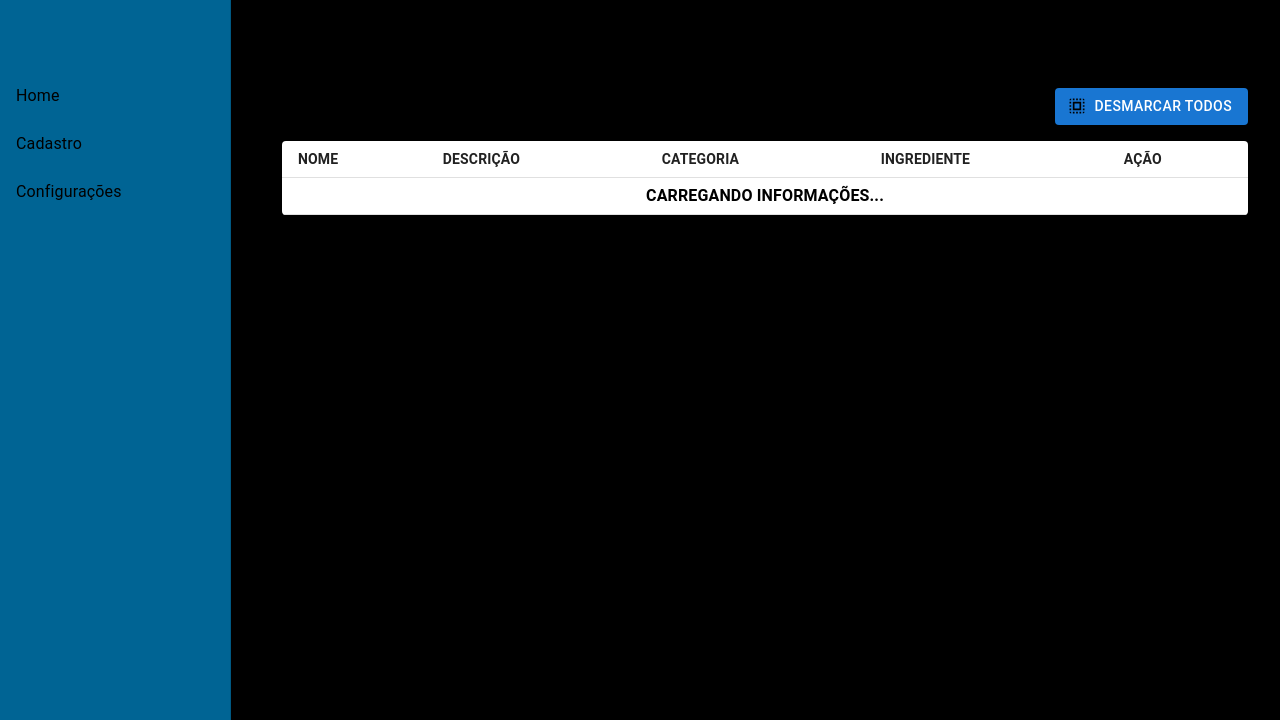
Repository: oZanella/projeto_windel_web_CRM
Page: /
These files come from the project's save history. The page is drawn as it stood at one moment and after the next save; the edit follows.
The browser window is 1280 px wide. The pictures show the whole page.
The page's requests for data from a server got no answer. The project was rebuilt for these pictures with package versions that can differ from the ones it lists, and the page was loaded fresh each time. No one was signed in, and anything a server would have sent is missing. Also part of the build but not shown: vite.config.js, src/routes/Configuracoes.jsx. Imported but missing from the stored project, and not drawn on this page: src/routes/Cadastro.jsx.

Above is the page before, as saved 2024-08-19 08:50:36.

### index.html
<!doctype html>
<html lang="en">

<head>
  <meta charset="UTF-8" />
  <link rel="icon" type="image/svg+xml" href="./src/image/LogoWindel.svg" />
  <link rel="stylesheet" href="src/style/GlobalStyles.css" />
  <link href="https://fonts.googleapis.com/css2?family=Playfair+Display&display=swap" rel="stylesheet">

  <meta name="viewport" content="width=device-width, initial-scale=1.0" />
  <title>Projeto Teste - CRM </title>
</head>

<body>
  <div id="root"></div>
  <script type="module" src="/src/main.jsx"></script>
</body>

</html>

### src/style/GlobalStyles.css
:root {
  --click: #7fa8c4;
  --primary: #E8F1F2;
  --darkblue: #13293D;
  --secondary: #000000;
  --ligthblue: #1b98e0;
  --animation: #006494;
  --ligthkgrey: #D3D3D3;
  --blueceledron: #247ba0;
  --delete: #FF0000;
}

* {
    color: var(--secondary);
}

body {
  background-color: var(--secondary);
}

### src/main.jsx
import { createBrowserRouter, RouterProvider, Navigate } from "react-router-dom"
import { createRoot } from 'react-dom/client'
import { StrictMode } from 'react'
import { App } from './App.jsx'

import './style/GlobalStyles.css'

//páginas do projeto
import { Cadastro } from './routes/Cadastro.jsx'
import { Home } from './routes/Home.jsx'
import { Configuracoes } from './routes/configuracoes.jsx'

const router = createBrowserRouter([
  {
    element: <App />,
    children: [
      {
        path: '/',
        element: <Navigate to="/home" replace />,
      },
      {
        path: '/home',
        element: <Home />,
      },
      {
        path: '/cadastro',
        element: <Cadastro />,
      },
      {
        path: '/configuracoes',
        element: <Configuracoes />,
      },
    ],
  },
])

createRoot(document.getElementById('root')).render(
  <StrictMode>
    <RouterProvider router={router} />
  </StrictMode>,
)

### src/App.jsx
import { Header } from './components/Header'
import { Outlet } from 'react-router-dom'
import { Box } from '@mui/material'
import './style/GlobalStyles.css'

export function App() {
  return (
    <Box sx={{ p: { xs: 2, sm: 3 }, marginTop: { xs: 8, sm: 8 } }}>
      <Header />
      <Box>
        <Outlet />
      </Box>
    </Box>
  );
}

### src/routes/Home.jsx
import React, { useEffect, useState } from 'react';
import { Box, TextField, Button, Dialog, DialogActions, DialogContent, DialogTitle, Select, MenuItem, FormControl, InputLabel } from '@mui/material';

import { handleShowDetails, handleEdit, handleSave, handleInputChange } from '../components/Handle';
import { CardDados } from '../components/TableHome';

import { blogFetch } from '../axios/config';


export const Home = () => {
  const [posts, setPosts] = useState([]);
  const [selectInfo, setSelectInfo] = useState(null);
  const [modeEdit, setModeEdit] = useState(null);
  const [dataEdit, setDataEdit] = useState({});
  const [openAddDialog, setOpenAddDialog] = useState(false);
  const [newPost, setNewPost] = useState({ name: '', description: '', category: '' });

  const getPosts = async () => {
    try {
      const response = await blogFetch.get("/recipe");
      const uniqueData = response.data.filter((value, index, self) =>
        index === self.findIndex((t) => t.id === value.id)
      );
      setPosts(uniqueData); // Garante que não tenha dados duplicados
    } catch (error) {
      console.log(error);
    }
  };

  useEffect(() => {
    getPosts();
  }, []);

  const handleDelete = async (postId) => {
    try {
      await blogFetch.delete(`/recipe/${postId}`);
      setPosts(posts.filter(post => post.id !== postId));
      console.log('Post deletado com sucesso');
    } catch (error) {
      console.error('Erro ao deletar o post', error);
    }
  };

  const handleAddOpen = () => setOpenAddDialog(true);
  const handleAddClose = () => setOpenAddDialog(false);

  {/* API para envio do novo registro*/ }
  const handleAdd = async () => {
    try {
      const newPostFormatted = {
        name: newPost.name,
        description: newPost.description,
        ingredients: [],
        category: newPost.category,
        isFavorite: newPost.isFavorite
      };

      const response = await blogFetch.post("/recipe", newPostFormatted);
      setPosts([...posts, response.data]);
      setNewPost({ name: '', description: '', category: '', isFavorite: false });
      handleAddClose();
      console.log('Post adicionado com sucesso');
    } catch (error) {
      console.error('Erro ao adicionar o post', error);
    }
  };

  return (
    <Box>
      {/* Dados para Adicionar Novo Registro */}
      <Dialog open={openAddDialog} onClose={handleAddClose}>
        <DialogTitle>Adicionar Novo Registro</DialogTitle>
        <DialogContent>
          <TextField
            name="name"
            label="Nome"
            value={newPost.name}
            onChange={(e) => setNewPost({ ...newPost, name: e.target.value })}
            fullWidth
            sx={{ marginBottom: 2 }}
          />
          <TextField
            name="description"
            label="Descrição"
            value={newPost.description}
            onChange={(e) => setNewPost({ ...newPost, description: e.target.value })}
            fullWidth
            sx={{ marginBottom: 2 }}
          />
          <TextField
            name="category"
            label="Categoria"
            value={newPost.category}
            onChange={(e) => setNewPost({ ...newPost, category: e.target.value })}
            fullWidth
            sx={{ marginBottom: 2 }}
          />
          <FormControl fullWidth sx={{ marginBottom: 2 }}>
            <InputLabel>Favorito</InputLabel>
            <Select
              name="isFavorite"
              value={newPost.isFavorite}
              onChange={(e) => setNewPost({ ...newPost, isFavorite: e.target.value })}
              label="Favorito"
            >
              <MenuItem value={true}>Sim</MenuItem>
              <MenuItem value={false}>Não</MenuItem>

            </Select>
          </FormControl>
        </DialogContent>
        <DialogActions>
          <Button onClick={handleAddClose}>Cancelar</Button>
          <Button onClick={handleAdd}>Adicionar</Button>
        </DialogActions>
      </Dialog>

      <CardDados
        posts={posts}
        handleDelete={handleDelete}
        handleEdit={handleEdit}
        handleSave={handleSave}
        modeEdit={modeEdit}
        setModeEdit={setModeEdit}
        dataEdit={dataEdit}
        setDataEdit={setDataEdit}
        handleInputChange={handleInputChange}
        selectInfo={selectInfo}
        setSelectInfo={setSelectInfo}
        handleShowDetails={handleShowDetails}
      />
    </Box>
  );
};

### src/components/Header.jsx
import { AppBar, Toolbar, Typography, Box, Button, IconButton, Drawer, List, ListItem, ListItemText } from '@mui/material';
import MenuIcon from '@mui/icons-material/Menu';
import Logo from '../image/LogoWindel.svg';
import { Link } from 'react-router-dom';
import React, { useState } from 'react';

export const Header = () => {
  const [isDrawerOpen, setIsDrawerOpen] = useState(false);

  const toggleDrawer = (open) => () => {
    setIsDrawerOpen(open);
  };

  const menuItems = [
    { text: 'Home', link: '/home' },
    { text: 'Cadastro', link: '/cadastro' },
    { text: 'Configurações', link: '/configuracoes' },
  ];

  return (
    <>

      <AppBar
        position="fixed"
        sx={{
          display: { xs: 'flex', sm: 'none' },
          width: '100%',
          boxShadow: '0px 0.01px 11px var(--secondary)',
          top: 0,
          left: 0,
          backgroundColor: 'var(--darkblue)',
        }}
      >
        <Toolbar
          sx={{
            display: 'flex',
            justifyContent: 'space-between',
          }}
        >
          <IconButton
            edge="start"
            color="inherit"
            aria-label="menu"
            onClick={toggleDrawer(true)}
          >
            <MenuIcon />

          </IconButton>
          <Typography variant="h6" sx={{ flexGrow: 1 }}>
            Cooking Cake
          </Typography>

          <IconButton
            to={`/home`}
            sx={{
              cursor: 'default',
            }}
            component={Link}
            aria-label="logo"
          >
            <img src={Logo} alt="Logo" style={{ width: '50px', height: '40px' }} />
          </IconButton>
        </Toolbar>
      </AppBar>


      <Drawer
        anchor="left"
        open={isDrawerOpen}
        onClose={toggleDrawer(false)}
        sx={{
          display: { xs: 'block', sm: 'none' },
          '& .MuiDrawer-paper': {
            width: 240,
            backgroundColor: 'var(--darkblue)',
          },
        }}
      >
        <List>
          {menuItems.map((item) => (
            <ListItem key={item.text} component={Link} to={item.link} onClick={toggleDrawer(false)}>
              <ListItemText primary={item.text} />
            </ListItem>
          ))}
        </List>
      </Drawer>


      <Drawer
        variant="permanent"
        sx={{
          display: { xs: 'none', sm: 'block' },
          '& .MuiDrawer-paper': {
            width: 230,
            backgroundColor: 'var(--animation)',
          },
        }}
        open
      >
        <Toolbar />
        <Box sx={{ overflow: 'auto' }}>
          <List>
            {menuItems.map((item) => (
              <ListItem key={item.text} component={Link} to={item.link}>
                <ListItemText primary={item.text} />
              </ListItem>
            ))}
          </List>
        </Box>
      </Drawer>

      {/* Area do main */}
      <Box
        component="main"
        sx={{        }}
      >

      </Box>
    </>
  );
};

### src/components/Handle.jsx

import { blogFetch } from '../axios/config';


export const handleShowDetails = (post, setSelectInfo, selectInfo) => {
  if (selectInfo?.id === post.id) {
    setSelectInfo(null); // Fecha se já estiver aberto
  } else {
    setSelectInfo(post); // Abre o post atual
  }
};

export const handleEdit = (post, setModeEdit, setDataEdit) => {
  setModeEdit(post.id);
  setDataEdit(post);
};

//continua com erro, verificar!!
export const handleSave = async (postId, updateData) => {
  try {
    // Envie uma requisição PUT ou POST para salvar os dados atualizados
    const response = await blogFetch.put(`/blogFetch/posts/${postId}`, updateData);
    console.log('Dados salvos com sucesso', response.data);

  } catch (error) {
    console.error('Erro de API', error);
  }
};

export const handleInputChange = (e, setDataEdit) => {
  setDataEdit(prevDataEdit => ({ ...prevDataEdit, [e.target.name]: e.target.value }));
};

### src/components/TableHome.jsx
import React, { useState, useEffect } from 'react';
import {
  Table, TableBody, TableCell, TableContainer, TableHead, TableRow, Typography, Box, Button, IconButton, TextField, Dialog, DialogContent, DialogActions, FormControlLabel, Switch, Chip, Paper, Checkbox
} from '@mui/material';
import EditIcon from '@mui/icons-material/Edit';
import SaveIcon from '@mui/icons-material/Save';
import AddIcon from '@mui/icons-material/Add';
import CloseIcon from '@mui/icons-material/Close';
import DeleteIcon from '@mui/icons-material/Delete';
import SelectAllIcon from '@mui/icons-material/SelectAll';
import axios from 'axios';

const API_BASE_URL = 'https://teste-tecnico-front-api.up.railway.app';

export const CardDados = ({
  posts, setPosts, handleDelete
}) => {
  const [openModal, setOpenModal] = useState(false);
  const [currentPost, setCurrentPost] = useState(null);
  const [dataEdit, setDataEdit] = useState({});
  const [newIngredient, setNewIngredient] = useState('');
  const [selectedPosts, setSelectedPosts] = useState([]);

  useEffect(() => {
    if (currentPost) {
      setDataEdit({ ...currentPost });
    }
  }, [currentPost]);

  const handleEditOpen = (post) => {
    setCurrentPost(post);
    setOpenModal(true);
  };

  const handleEditClose = () => {
    setOpenModal(false);
    setCurrentPost(null);
    setNewIngredient('');
  };

  const handleSaveModal = async () => {
    if (currentPost) {
      try {
        await axios.put(`${API_BASE_URL}/posts/${currentPost.id}`, dataEdit);
        const response = await axios.get(`${API_BASE_URL}/posts`);
        setPosts(response.data);
        handleEditClose();
      } catch (error) {
        console.error('Error ao salvar:', error);
      }
    }
  };

  const handleAddIngredient = () => {
    if (newIngredient.trim() !== '') {
      setDataEdit((prevData) => ({
        ...prevData,
        ingredients: [...(prevData.ingredients || []), newIngredient.trim()],
      }));
      setNewIngredient('');
    }
  };

  const handleRemoveIngredient = (ingredientToRemove) => {
    setDataEdit((prevData) => ({
      ...prevData,
      ingredients: (prevData.ingredients || []).filter((ingredient) => ingredient !== ingredientToRemove),
    }));
  };

  const handleSelectAll = () => {
    if (selectedPosts.length === posts.length) {
      setSelectedPosts([]);
    } else {
      setSelectedPosts(posts.map(post => post.id));
    }
  };

  const handleDeleteSelected = async () => {
    try {
      await Promise.all(selectedPosts.map(id => axios.delete(`${API_BASE_URL}/posts/${id}`)));
      const response = await axios.get(`${API_BASE_URL}/posts`);
      setPosts(response.data);
      setSelectedPosts([]);
    } catch (error) {
      console.error('Error ao apagar os registros:', error);
    }
  };

  const handleSelectPost = (id) => {
    setSelectedPosts(prevSelected =>
      prevSelected.includes(id)
        ? prevSelected.filter(postId => postId !== id)
        : [...prevSelected, id]
    );
  };

  return (
    <>
      <Box sx={{ display: 'flex', justifyContent: 'flex-end', mb: 2 }}>
        <Button
          variant="contained"
          color="error"
          startIcon={<DeleteIcon />}
          onClick={handleDeleteSelected}
          disabled={selectedPosts.length === 0}
          sx={{ marginRight: 2 }}
        >
          Apagar Selecionados
        </Button>
        <Button
          variant="contained"
          color="primary"
          startIcon={<SelectAllIcon />}
          onClick={handleSelectAll}
        >
          {selectedPosts.length === posts.length ? 'Desmarcar Todos' : 'Selecionar Todos'}
        </Button>
      </Box>

      {/* Tabela aonde aparece os dados
      Dentro do TableContainer tem um calculo que é feito por conta do menu lateral*/}
      <TableContainer component={Paper} sx={{ overflowX: 'auto', width: { xs: '100%', sm: 'calc(100% - 250px)' }, ml: { sm: '250px' } }}>
        <Table size='small'>
          <TableHead>
            <TableRow>
              <TableCell sx={{ fontWeight: 'bold', textTransform: 'uppercase' }}>Nome</TableCell>
              <TableCell sx={{ fontWeight: 'bold', textTransform: 'uppercase' }}>Descrição</TableCell>
              <TableCell sx={{ fontWeight: 'bold', textTransform: 'uppercase' }}>Categoria</TableCell>
              <TableCell sx={{ fontWeight: 'bold', textTransform: 'uppercase' }}>Ingrediente</TableCell>
              <TableCell sx={{ fontWeight: 'bold', textTransform: 'uppercase' }}>Ação</TableCell>
            </TableRow>
          </TableHead>
          <TableBody>
            {posts.length === 0 ? (
              <TableRow>
                <TableCell colSpan={5} align="center">
                  <Typography variant="body1" sx={{ fontWeight: 'bold', textTransform: 'uppercase' }}>Carregando informações...</Typography>
                </TableCell>
              </TableRow>
            ) : (
              posts.map((post) => (
                <TableRow sx={{ height: 'auto' }} key={post.id}>
                  <TableCell sx={{ padding: '8px' }}>
                    {post.name}
                  </TableCell>
                  <TableCell sx={{ padding: '8px' }}>{post.description}</TableCell>
                  <TableCell sx={{ padding: '8px' }}>{post.category}</TableCell>

                  <TableCell sx={{ padding: '8px' }}>
                    <Box sx={{
                      display: 'flex',
                      flexWrap: 'wrap',
                      overflowX: 'auto',
                      gap: 1,
                      width: '100%',
                    }}>
                      {post.ingredients && post.ingredients.length > 0 ? (
                        post.ingredients.map((ingredient) => (
                          <Box
                            key={ingredient.id}
                            sx={{
                              display: 'flex',
                              flexDirection: 'column',
                              alignItems: 'flex-start',
                              marginRight: 1,
                              marginBottom: 1,
                            }}
                          >
                            <Typography variant="body1">{ingredient.name}</Typography>
                            <Typography variant="body2" color="textSecondary">
                              Quantidade: {ingredient.quantity}
                            </Typography>
                          </Box>
                        ))
                      ) : (
                        <Typography variant="body2">Nenhum ingrediente disponível</Typography>
                      )}
                    </Box>
                  </TableCell>

                  <TableCell>
                    <Box sx={{ display: 'flex', alignItems: 'center' }}>
                      <Checkbox
                        checked={selectedPosts.includes(post.id)}
                        onChange={() => handleSelectPost(post.id)}
                        color="primary"
                      />
                      <IconButton
                        color="primary"
                        onClick={() => handleEditOpen(post)}
                        sx={{ mr: 1 }}
                      >
                        <EditIcon />
                      </IconButton>
                      <IconButton
                        color="error"
                        onClick={() => handleDelete(post.id)}
                      >
                        <DeleteIcon />
                      </IconButton>
                    </Box>
                  </TableCell>
                </TableRow>
              ))
            )}
          </TableBody>
        </Table>
      </TableContainer>

      {/* Modal de edição */}
      <Dialog open={openModal} onClose={handleEditClose} fullWidth maxWidth="sm">
        <DialogContent>
          {currentPost && (
            <Box component="form" sx={{ display: 'flex', flexDirection: 'column', gap: 2 }}>
              <TextField
                name="name"
                label="Nome"
                value={dataEdit.name || ''}
                onChange={(e) => setDataEdit({ ...dataEdit, name: e.target.value })}
                fullWidth
                sx={{ marginBottom: 2 }}
              />
              <TextField
                name="description"
                label="Descrição"
                value={dataEdit.description || ''}
                onChange={(e) => setDataEdit({ ...dataEdit, description: e.target.value })}
                fullWidth
                sx={{ marginBottom: 2 }}
              />
              <TextField
                name="category"
                label="Categoria"
                value={dataEdit.category || ''}
                onChange={(e) => setDataEdit({ ...dataEdit, category: e.target.value })}
                fullWidth
                sx={{ marginBottom: 2 }}
              />
              <FormControlLabel
                control={
                  <Switch
                    checked={dataEdit.isFavorite || false}
                    onChange={(e) => setDataEdit({ ...dataEdit, isFavorite: e.target.checked })}
                    color="primary"
                  />
                }
                label="Favorito"
              />
              <Box sx={{ display: 'flex', gap: 2 }}>
                <TextField
                  label="Novo Ingrediente"
                  value={newIngredient}
                  onChange={(e) => setNewIngredient(e.target.value)}
                  fullWidth
                  sx={{ marginBottom: 2 }}
                />
                <IconButton
                  color="primary"
                  onClick={handleAddIngredient}
                  disabled={!newIngredient.trim()}
                  sx={{ marginBottom: 2 }}
                >
                  <AddIcon />
                </IconButton>
              </Box>

              {dataEdit.ingredients && dataEdit.ingredients.length > 0 && (
                <Box sx={{ display: 'flex', flexWrap: 'wrap', gap: 1 }}>
                  {dataEdit.ingredients.map((ingredient, index) => (
                    <Chip
                      key={index}
                      label={ingredient}
                      onDelete={() => handleRemoveIngredient(ingredient)}
                      sx={{ marginBottom: 2 }}
                    />
                  ))}
                </Box>
              )}
            </Box>
          )}
        </DialogContent>
        <DialogActions>
          <Button onClick={handleEditClose} color="secondary" startIcon={<CloseIcon />}>
            Cancelar
          </Button>
          <Button onClick={handleSaveModal} color="primary" startIcon={<SaveIcon />}>
            Salvar
          </Button>
        </DialogActions>
      </Dialog>
    </>
  );
};

### src/axios/config.jsx
// src/axios/config.js
import axios from 'axios';

export const blogFetch = axios.create({
  baseURL: 'https://teste-tecnico-front-api.up.railway.app',
  headers: {
    'Content-Type': 'application/json',
  },
});

After the next save:
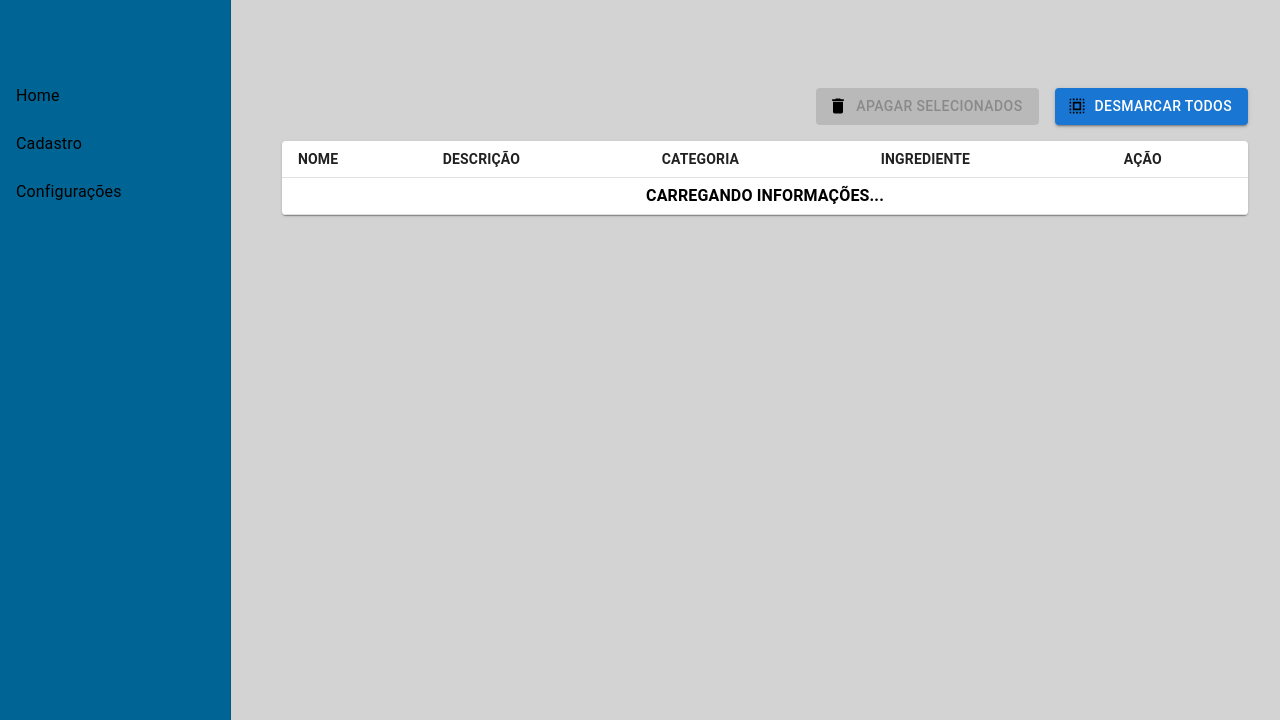
Saved 16 s later.
--- a/src/style/GlobalStyles.css
+++ b/src/style/GlobalStyles.css
@@ -15,5 +15,5 @@
 }
 
 body {
-  background-color: var(--secondary);
+  background-color: var(--ligthkgrey);
 }
